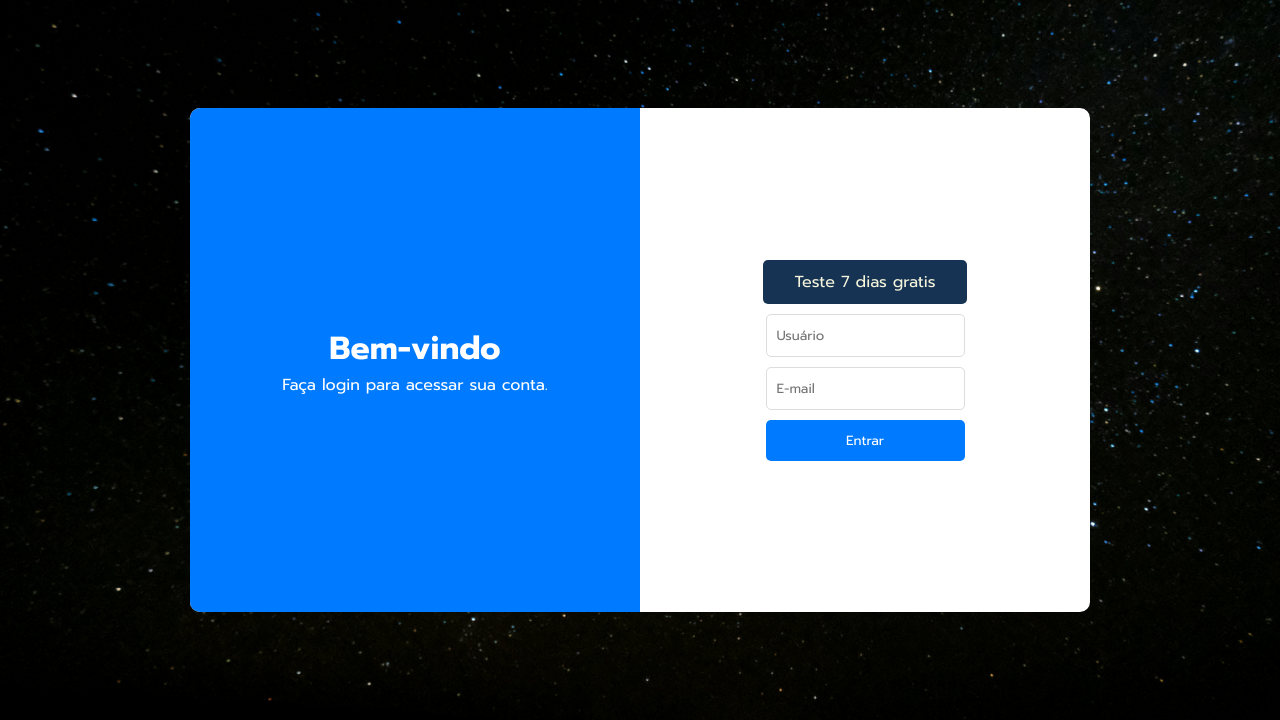
Repository: joao-paulo-paiva/tela-login
Page: index.html
An editor plug-in stored every save of this project. The page is shown before and after a run of saves, followed by the edit.
The browser window is 1280 px wide. The pictures show the whole page.

Above is the page before, as saved 2025-04-15 11:44:21.

### index.html
<!DOCTYPE html>
<html lang="pt-br">
<head>
    <meta charset="UTF-8">
    <meta name="viewport" content="width=device-width, initial-scale=1.0">
    <title>Tela de Login</title>
    <link rel="stylesheet" href="style.css">
    <link rel="preconnect" href="https://fonts.googleapis.com">
    <link rel="preconnect" href="https://fonts.gstatic.com" crossorigin>
    <link href="https://fonts.googleapis.com/css2?family=DM+Sans:ital,opsz,wght@0,9..40,100..1000;1,9..40,100..1000&family=Montserrat:ital,wght@0,100..900;1,100..900&family=Prompt:ital,wght@0,100;0,200;0,300;0,400;0,500;0,600;0,700;0,800;0,900;1,100;1,200;1,300;1,400;1,500;1,600;1,700;1,800;1,900&display=swap" rel="stylesheet">
</head>
<body>
    <div class="container">
        <div class="esquerda">
            <h1>Bem-vindo</h1>
            <p class="">Faça login para acessar sua conta.</p>
        </div>
        <div class="direita">
            <a href="#" class="teste-gratis"><p>Teste 7 dias gratis</p></a>
            <form action="#" method="POST">
                <input type="text" placeholder="Usuário" required>
                <input type="email" placeholder="E-mail"
                <input type="password" placeholder="Senha" required>
                <button type="submit">Entrar</button>
            </form>
        </div>
    </div>
</body>
</html>

### style.css
* {
    margin: 0;
    padding: 0;
    box-sizing: border-box;
    font-family: "Prompt", sans-serif;
}

body {
    display: flex;
    justify-content: center;
    align-items: center;
    height: 100vh;
    background-image: url(./imagens/pexels-francesco-ungaro-998641.jpg);
    background-size: cover;
    background-position: center;
    background-repeat: no-repeat;
}

.container {
    display: flex;
    height: 70%;
    width: 80%;
    max-width: 900px;
    background: white;
    border-radius: 10px;
    overflow: hidden;
}

.esquerda, .direita {
    width: 50%;
    padding: 40px;
}

.esquerda {
    background-color: #007bff;
    color: white;
    display: flex;
    flex-direction: column;
    justify-content: center;
    align-items: center;
}

.direita {
    display: flex;
    flex-direction: column;
    justify-content: center;
    align-items: center;
}

input {
    display: block;
    width: 100%;
    padding: 10px;
    margin: 10px 0;
    border: 1px solid #ddd;
    border-radius: 5px;
}
.teste-gratis {
    display: flex;
    justify-content: center; /* Centraliza horizontalmente */
    align-items: center; /* Centraliza verticalmente */
    width: 55%;
    padding: 10px;
    background-color: #163353;
    text-decoration: none;
    color: beige;
    border-radius: 5px;
    text-align: center; /* Garante que o texto esteja centralizado dentro do bloco */
}

button {
    width: 100%;
    padding: 10px;
    background-color: #007bff;
    color: white;
    border: none;
    border-radius: 5px;
    cursor: pointer;
}

After the next 3 saves:
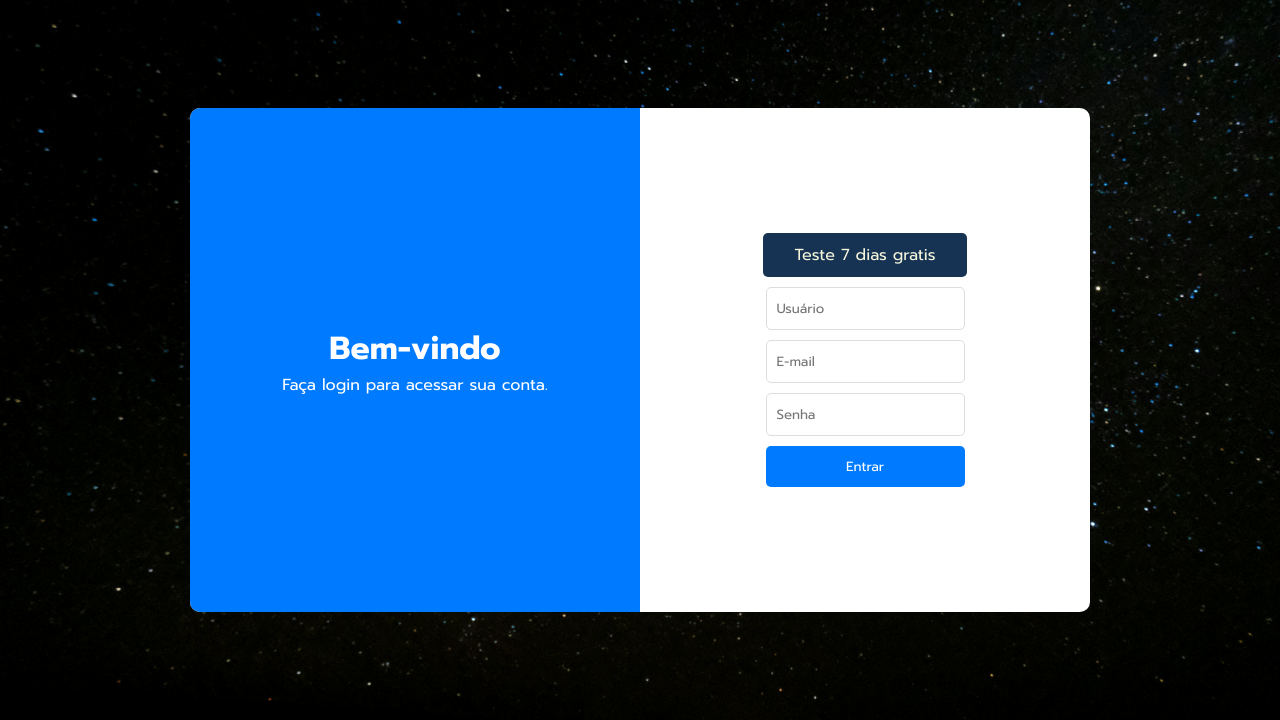
The 3 saves are shown as one change because they came seconds apart.
The last was saved 9 s later.
--- a/index.html
+++ b/index.html
@@ -19,7 +19,7 @@
             <a href="#" class="teste-gratis"><p>Teste 7 dias gratis</p></a>
             <form action="#" method="POST">
                 <input type="text" placeholder="Usuário" required>
-                <input type="email" placeholder="E-mail"
+                <input type="email" placeholder="E-mail" required>
                 <input type="password" placeholder="Senha" required>
                 <button type="submit">Entrar</button>
             </form>
